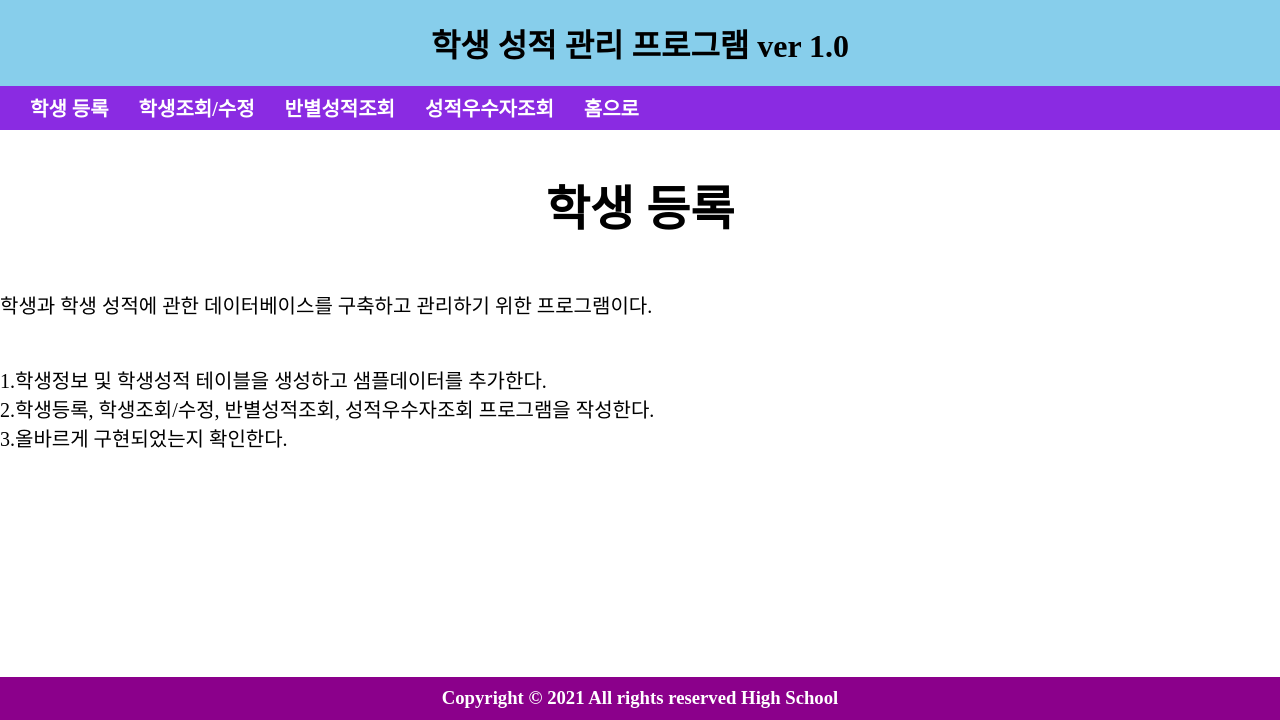
Repository: balhyo-younjisang/DigitechJSP
Page: http://localhost/Student/register.jsp
An editor plug-in stored every save of this project. The page is shown before and after the next save, followed by the edit.
The browser window is 1280 px wide. The pictures show the whole page.
The page is served by Tomcat 9.

Above is the page before, as saved 2025-04-15 23:50:53.

After the next save:
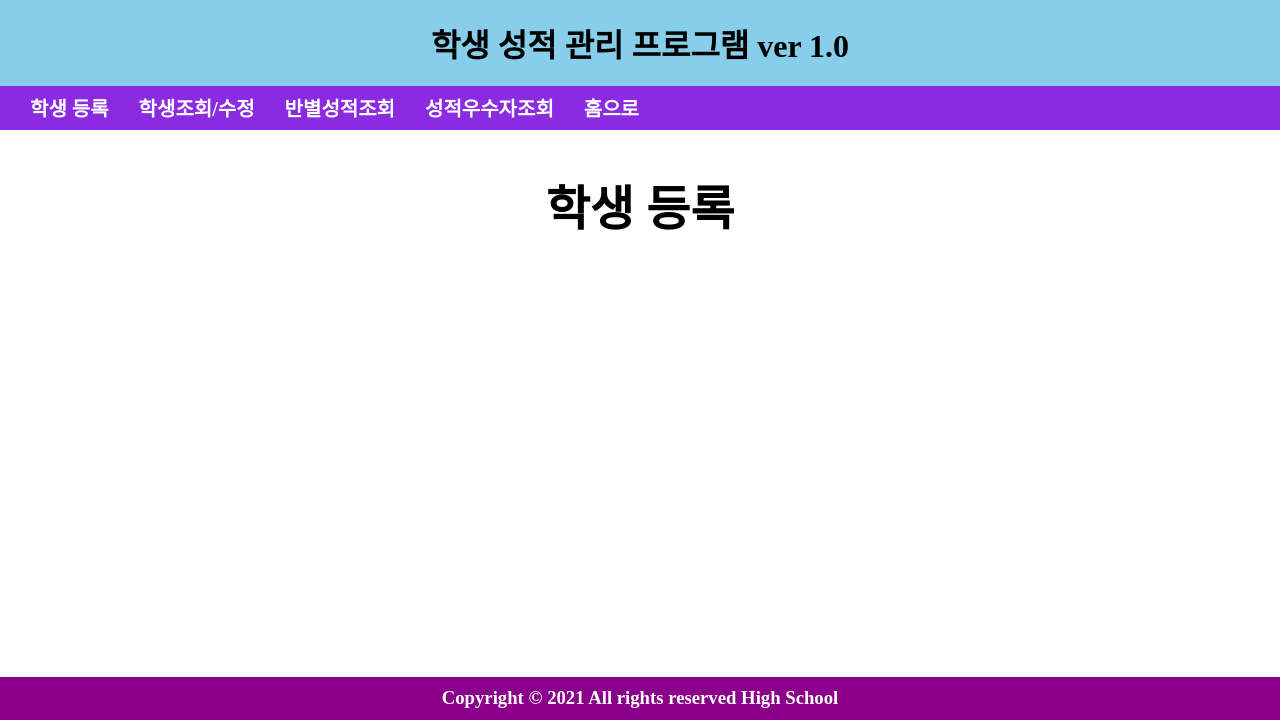
Saved 29 s later.
--- a/pizza0403/Student/src/main/webapp/register.jsp
+++ b/pizza0403/Student/src/main/webapp/register.jsp
@@ -14,11 +14,9 @@
 			<h2>학생 등록</h2>
 		</section>
 		<section class="content">
-			<p>학생과 학생 성적에 관한 데이터베이스를 구축하고 관리하기 위한 프로그램이다.</p>
-			<br><br>
-			<p>1.학생정보 및 학생성적 테이블을 생성하고 샘플데이터를 추가한다.</p>
-			<p>2.학생등록, 학생조회/수정, 반별성적조회, 성적우수자조회 프로그램을 작성한다.</p>
-			<p>3.올바르게 구현되었는지 확인한다.</p>
+			<form action="register_action.jsp" method="post">
+
+			</form>
 		</section>
 	</main>
 	<%@ include file="./component/footer.jsp" %>
